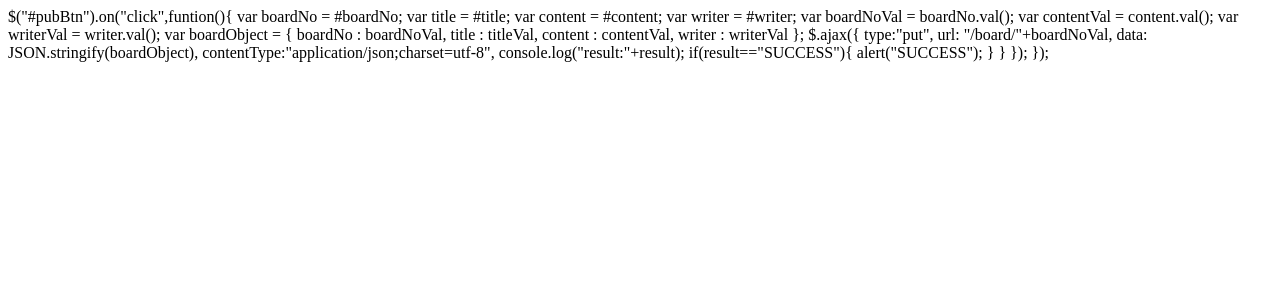
Repository: ljwoon94/Springboot_practice
Page: http://localhost/DevProject/WEB-INF/views/ajaxHome.jsp
An editor plug-in stored every save of this project. The page is shown before and after the next save, followed by the edit.
The browser window is 1280 px wide. The pictures show the whole page.
The page is served by Tomcat 9. Nobody is signed in. Other server files are loaded and not shown. The template is opened directly, without the code that normally fills it, so the values that code supplies are empty.

Above is the page before, as saved 2020-12-09 08:25:43.

### DevProject/src/main/webapp/WEB-INF/views/ajaxHome.jsp
$("#pubBtn").on("click",funtion(){
	var boardNo = ${"#boardNo"};
	var title = ${"#title"};
	var content = ${"#content"};
	var writer = ${"#writer"};

	var boardNoVal = boardNo.val();
	var contentVal = content.val();
	var writerVal = writer.val();

	var boardObject = {
		boardNo : boardNoVal,
		title : titleVal,
		content : contentVal,
		writer : writerVal
	};

	$.ajax({
		type:"put",
		url: "/board/"+boardNoVal,
		data: JSON.stringify(boardObject),
		contentType:"application/json;charset=utf-8",
		console.log("result:"+result);
		if(result=="SUCCESS"){
			alert("SUCCESS");
		}
	}
	});
});

After the next save:
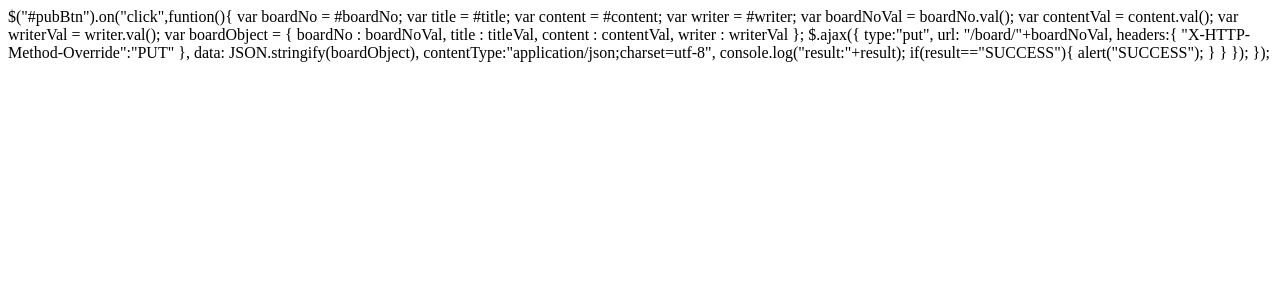
Saved 4 min 50 s later.
--- a/DevProject/src/main/webapp/WEB-INF/views/ajaxHome.jsp
+++ b/DevProject/src/main/webapp/WEB-INF/views/ajaxHome.jsp
@@ -18,6 +18,9 @@ $("#pubBtn").on("click",funtion(){
 	$.ajax({
 		type:"put",
 		url: "/board/"+boardNoVal,
+		headers:{
+			"X-HTTP-Method-Override":"PUT"
+		},
 		data: JSON.stringify(boardObject),
 		contentType:"application/json;charset=utf-8",
 		console.log("result:"+result);
